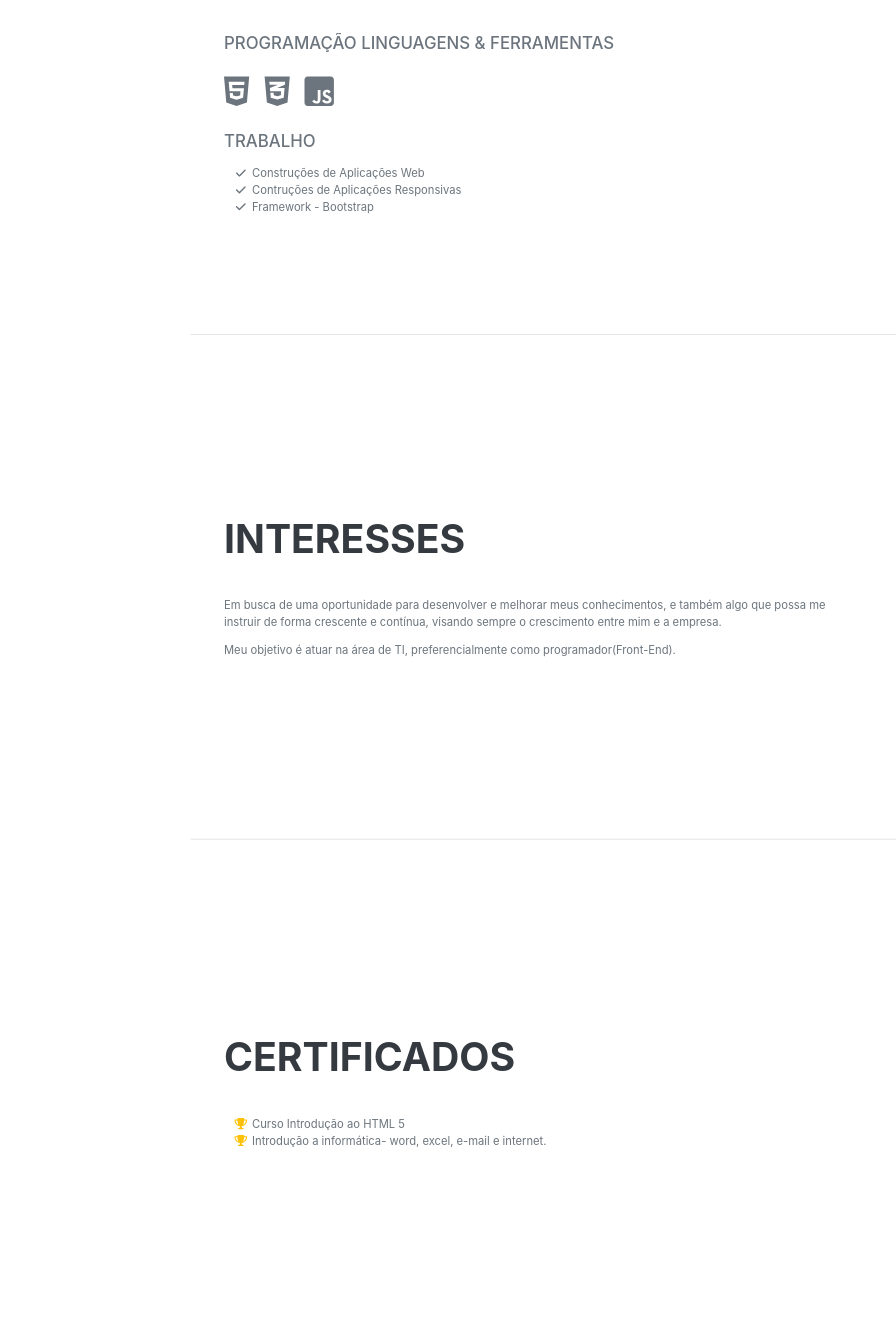
Repository: JuniorRoth/Curriculo-Web
Page: public/index.html
These files come from the project's save history. The page is drawn as it stood at one moment and after the next save; the edit follows.
The browser window is 1280 px wide. The pictures show the part of the page from y = 2405 to 4325 px (the page is 4325 px tall), at 70% of full size.
Some web fonts or font styles are not loaded; a fallback is used. Some web libraries are served in a nearby version.

Above is the page before, as saved 2023-02-08 10:13:18.

### public/index.html
<!DOCTYPE html>
<html lang="pt-br">
    <head>
        <meta charset="utf-8" />
        <meta name="viewport" content="width=device-width, initial-scale=1, shrink-to-fit=no" />
        <meta name="description" content="" />
        <meta name="author" content="Ilson Fernando Roth Junior" />
        <title>Currículo Ilson Roth</title>
        <link rel="icon" type="image/x-icon" href="assets/img/favicon.ico" />
        <!-- Font Awesome icons (free version)-->
        <script src="https://use.fontawesome.com/releases/v6.1.0/js/all.js" crossorigin="anonymous"></script>
        <!-- Google fonts-->
        <link href="https://fonts.googleapis.com/css?family=Saira+Extra+Condensed:500,700" rel="stylesheet" type="text/css" />
        <link href="https://fonts.googleapis.com/css?family=Muli:400,400i,800,800i" rel="stylesheet" type="text/css" />
        <!-- Core theme CSS (includes Bootstrap)-->
        <link href="css/styles.css" rel="stylesheet" />
    </head>
    <body id="page-top">
        <!-- Navigation-->
        <nav class="navbar navbar-expand-lg navbar-dark bg-primary fixed-top" id="sideNav">
            <a class="navbar-brand js-scroll-trigger" href="#page-top">
                <span class="d-block d-lg-none">Ilson Fernando Roth Junior</span>
                <span class="d-none d-lg-block"><img class="img-fluid img-profile rounded-circle mx-auto mb-2" src="assets/img/profile.jpg" alt="..." /></span>
            </a>
            <button class="navbar-toggler" type="button" data-bs-toggle="collapse" data-bs-target="#navbarResponsive" aria-controls="navbarResponsive" aria-expanded="false" aria-label="Toggle navigation"><span class="navbar-toggler-icon"></span></button>
            <div class="collapse navbar-collapse" id="navbarResponsive">
                <ul class="navbar-nav">
                    <li class="nav-item"><a class="nav-link js-scroll-trigger" href="#about">Sobre</a></li>
                    <li class="nav-item"><a class="nav-link js-scroll-trigger" href="#experience">Experiências</a></li>
                    <li class="nav-item"><a class="nav-link js-scroll-trigger" href="#education">Educação</a></li>
                    <li class="nav-item"><a class="nav-link js-scroll-trigger" href="#skills">Skills</a></li>
                    <li class="nav-item"><a class="nav-link js-scroll-trigger" href="#interests">Interesses</a></li>
                    <li class="nav-item"><a class="nav-link js-scroll-trigger" href="#awards">Certificados</a></li>
                </ul>
            </div>
        </nav>
        <!-- Page Content-->
        <div class="container-fluid p-0">
            <!-- About-->
            <section class="resume-section" id="about">
                <div class="resume-section-content">
                    <h1 class="mb-0">
                        Ilson
                        <span class="text-primary">Roth</span>
                    </h1>
                    <div class="subheading mb-5">
                        Rua Alberto Blum 490 · Ipiranga, PR 84450-000 · (42) 99835-8380 ·
                        <a href="mailto:rothilson@gmail.com">rothilson@gmail.com</a>
                    </div>
                    <p class="lead mb-5">Acredito que a busca por conhecimento e melhoria contínua deve fazer parte do nosso dia-a-dia, para nos transformar em profissionais e principalmente pessoas melhores. Tenho imenso prazer em trabalhar em equipe, acredito que cada pessoa contribui com suas próprias experiências, e o trabalho fica em melhor harmonia trabalhando em conjunto. Tenho convicção que a tecnologia quando bem aplicada pode e irá transformar o mundo para melhor.</p>
                    <div class="social-icons">
                        <a class="social-icon" href="https://www.linkedin.com/in/juninho-roth-bb1896225/"><i class="fab fa-linkedin-in"></i></a>
                        <a class="social-icon" href="https://github.com/JuniorRoth"><i class="fab fa-github"></i></a>
                        <a class="social-icon" href="https://www.instagram.com/roth_juninho/?next=%2F"><i class="fab fa-instagram"></i></a>
                    </div>
                </div>
            </section>
            <hr class="m-0" />
            <!-- Experience-->
            <section class="resume-section" id="experience">
                <div class="resume-section-content">
                    <h2 class="mb-5">Experiências</h2>
                    <div class="d-flex flex-column flex-md-row justify-content-between mb-5">
                        <div class="flex-grow-1">
                            <h3 class="mb-0">Funcionário de Advocacia</h3>
                            <div class="subheading mb-3">Macedo & Watanabe/Advogados associados</div>
                            <p>Planejar e organizar planilhas dos clientes, receber pagamentos, manutenção do sistema.</p>
                        </div>
                        <div class="flex-shrink-0"><span class="text-primary">Janeiro 2020 - 2021</span></div>
                    </div>
                </div>
            </section>
            <hr class="m-0" />
            <!-- Education-->
            <section class="resume-section" id="education">
                <div class="resume-section-content">
                    <h2 class="mb-5">Educação</h2>
                    <div class="d-flex flex-column flex-md-row justify-content-between mb-5">
                        <div class="flex-grow-1">
                            <h3 class="mb-0">Universidade Unicesumar</h3>
                            <div class="subheading mb-3">Graduação, Engenharia de Software</div>
                        <div class="flex-shrink-0"><span class="text-primary">Janeiro 2020 - 2024</span></div>
                    </div>
                    <div class="d-flex flex-column flex-md-row justify-content-between">
                        <div class="flex-grow-1">
                            <h3 class="mb-0">Colégio Sagrada Família</h3>
                            <div class="subheading mb-3">Ensino Médio Completo</div>
                        </div>
                        <div class="flex-shrink-0"><span class="text-primary">2016 - 2019</span></div>
                    </div>
                </div>
            </section>
            <hr class="m-0" />
            <!-- Skills-->
            <section class="resume-section" id="skills">
                <div class="resume-section-content">
                    <h2 class="mb-5">Skills</h2>
                    <div class="subheading mb-3">Programação Linguagens & Ferramentas</div>
                    <ul class="list-inline dev-icons">
                        <li class="list-inline-item"><i class="fab fa-html5"></i></li>
                        <li class="list-inline-item"><i class="fab fa-css3-alt"></i></li>
                        <li class="list-inline-item"><i class="fab fa-js-square"></i></li>
                    </ul>
                    <div class="subheading mb-3">Trabalho</div>
                    <ul class="fa-ul mb-0">
                        <li>
                            <span class="fa-li"><i class="fas fa-check"></i></span>
                            Construções de Aplicações Web
                        </li>
                        <li>
                            <span class="fa-li"><i class="fas fa-check"></i></span>
                            Contruções de Aplicações Responsivas
                        </li>
                        <li>
                            <span class="fa-li"><i class="fas fa-check"></i></span>
                            Framework - Bootstrap
                        </li>
                    </ul>
                </div>
            </section>
            <hr class="m-0" />
            <!-- Interests-->
            <section class="resume-section" id="interests">
                <div class="resume-section-content">
                    <h2 class="mb-5">Interesses</h2>
                    <p>Em busca de uma oportunidade para desenvolver e melhorar meus conhecimentos, e também algo que possa me instruir de forma crescente e contínua, visando sempre o crescimento entre mim e a empresa.</p>
                    <p class="mb-0">Meu objetivo é atuar na área de TI, preferencialmente como programador(Front-End).</p>
                </div>
            </section>
            <hr class="m-0" />
            <!-- Awards-->
            <section class="resume-section" id="awards">
                <div class="resume-section-content">
                    <h2 class="mb-5">Certificados</h2>
                    <ul class="fa-ul mb-0">
                        <li>
                            <span class="fa-li"><i class="fas fa-trophy text-warning"></i></span>
                            Curso Introdução ao HTML 5
                        </li>
                        <li>
                            <span class="fa-li"><i class="fas fa-trophy text-warning"></i></span>
                            Introdução a informática- word, excel, e-mail e internet.
                        </li>
                    </ul>
                </div>
            </section>
        </div>
        <!-- Bootstrap core JS-->
        <script src="https://cdn.jsdelivr.net/npm/bootstrap@5.1.3/dist/js/bootstrap.bundle.min.js"></script>
        <!-- Core theme JS-->
        <script src="js/scripts.js"></script>
    </body>
</html>

### public/js/scripts.js
/*!
* Start Bootstrap - Resume v7.0.5 (https://startbootstrap.com/theme/resume)
* Copyright 2013-2022 Start Bootstrap
* Licensed under MIT (https://github.com/StartBootstrap/startbootstrap-resume/blob/master/LICENSE)
*/
//
// Scripts
//

window.addEventListener('DOMContentLoaded', event => {

    // Activate Bootstrap scrollspy on the main nav element
    const sideNav = document.body.querySelector('#sideNav');
    if (sideNav) {
        new bootstrap.ScrollSpy(document.body, {
            target: '#sideNav',
            offset: 74,
        });
    };

    // Collapse responsive navbar when toggler is visible
    const navbarToggler = document.body.querySelector('.navbar-toggler');
    const responsiveNavItems = [].slice.call(
        document.querySelectorAll('#navbarResponsive .nav-link')
    );
    responsiveNavItems.map(function (responsiveNavItem) {
        responsiveNavItem.addEventListener('click', () => {
            if (window.getComputedStyle(navbarToggler).display !== 'none') {
                navbarToggler.click();
            }
        });
    });

});

Loaded but not shown: public/css/styles.css (library)

After the next save:
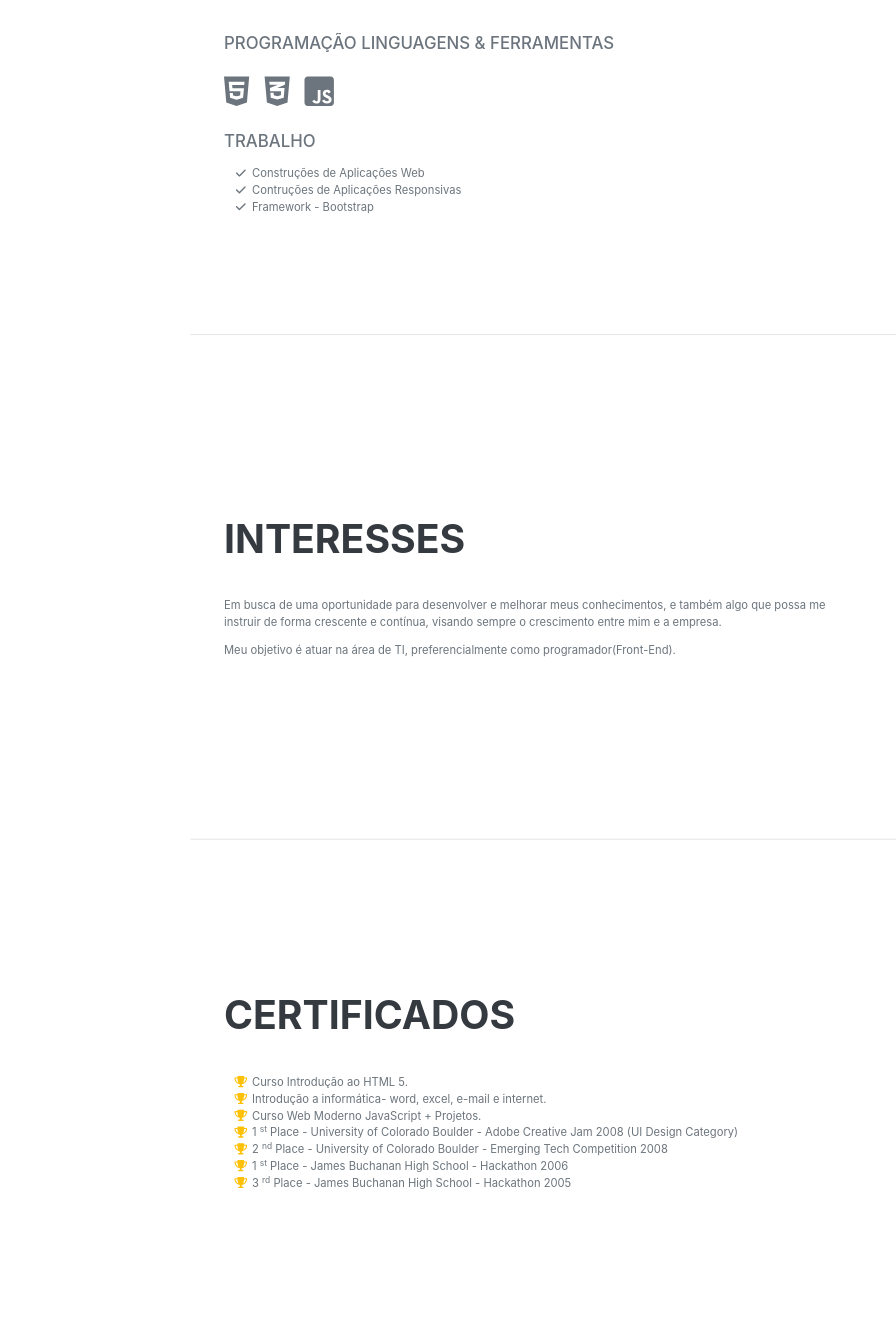
Saved 4 min 45 s later.
--- a/public/index.html
+++ b/public/index.html
@@ -135,11 +135,39 @@
                     <ul class="fa-ul mb-0">
                         <li>
                             <span class="fa-li"><i class="fas fa-trophy text-warning"></i></span>
-                            Curso Introdução ao HTML 5
+                            Curso Introdução ao HTML 5.
                         </li>
                         <li>
                             <span class="fa-li"><i class="fas fa-trophy text-warning"></i></span>
                             Introdução a informática- word, excel, e-mail e internet.
+                        </li>
+                        <li>
+                            <span class="fa-li"><i class="fas fa-trophy text-warning"></i></span>
+                            Curso Web Moderno JavaScript + Projetos.
+                        </li>
+                        <li>
+                            <span class="fa-li"><i class="fas fa-trophy text-warning"></i></span>
+                            1
+                            <sup>st</sup>
+                            Place - University of Colorado Boulder - Adobe Creative Jam 2008 (UI Design Category)
+                        </li>
+                        <li>
+                            <span class="fa-li"><i class="fas fa-trophy text-warning"></i></span>
+                            2
+                            <sup>nd</sup>
+                            Place - University of Colorado Boulder - Emerging Tech Competition 2008
+                        </li>
+                        <li>
+                            <span class="fa-li"><i class="fas fa-trophy text-warning"></i></span>
+                            1
+                            <sup>st</sup>
+                            Place - James Buchanan High School - Hackathon 2006
+                        </li>
+                        <li>
+                            <span class="fa-li"><i class="fas fa-trophy text-warning"></i></span>
+                            3
+                            <sup>rd</sup>
+                            Place - James Buchanan High School - Hackathon 2005
                         </li>
                     </ul>
                 </div>
